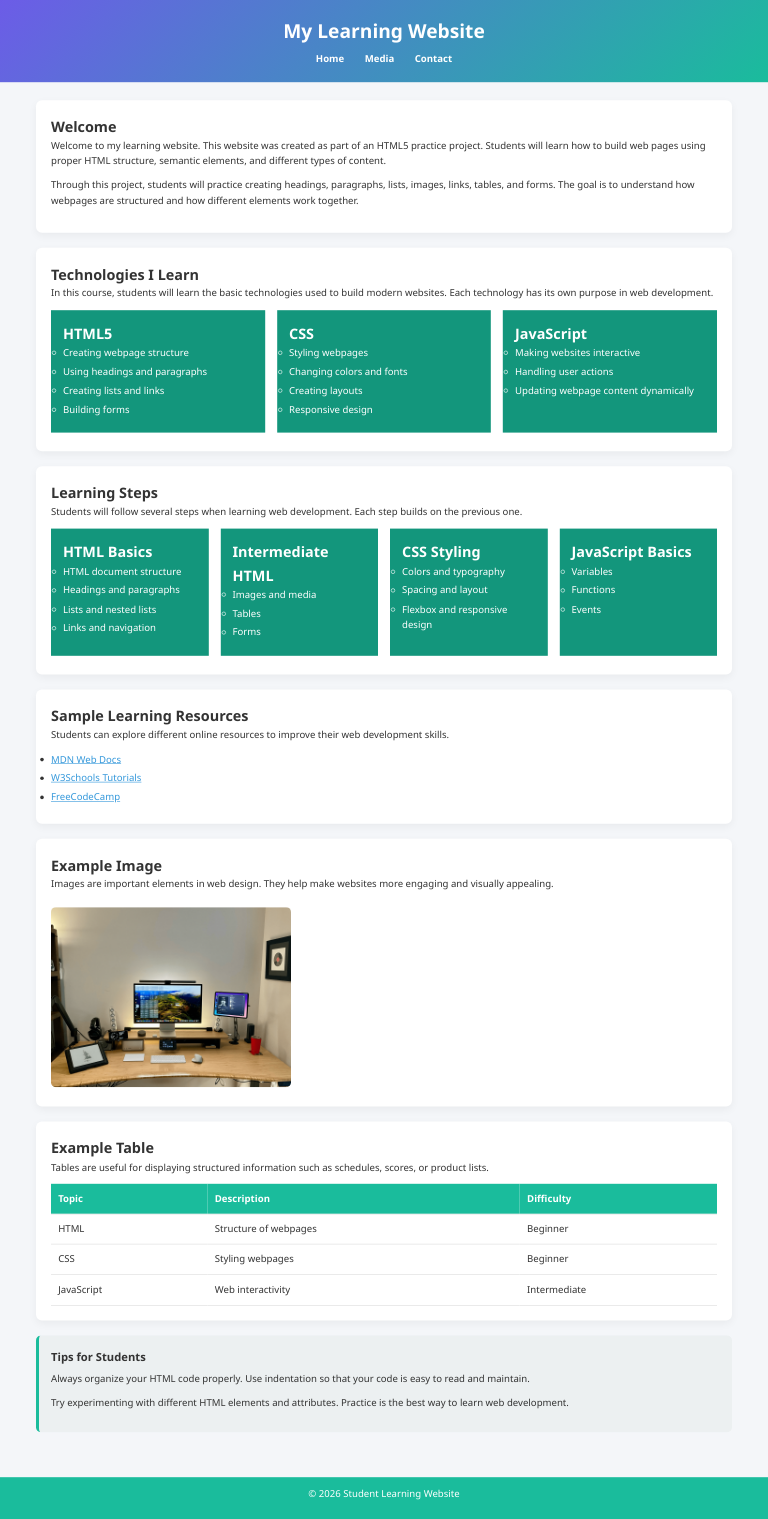
Repository: Than-sothearak/web_client_programing
Page: Week_03/index.html
An editor plug-in stored every save of this project. The page is shown before and after the next save, followed by the edit.
The browser window is 1280 px wide. The pictures show the whole page, at 60% of full size.

Above is the page before, as saved 2026-03-24 21:26:45.

### Week_03/index.html
<!doctype html>
<html lang="en">
  <head>
    <meta charset="UTF-8" />
    <meta name="viewport" content="width=device-width, initial-scale=1.0" />
    <title>My Learning Website</title>
    <link rel="stylesheet" href="styles.css" />
  </head>

  <body>
    <header>
      <h1>My Learning Website</h1>

      <nav>
        <ul>
          <li><a href="index.html">Home</a></li>
          <li><a href="gallery.html">Media</a></li>
          <li><a href="contact.html">Contact</a></li>
        </ul>
      </nav>
    </header>

    <main>
      <section>
        <article>
          <h2>Welcome</h2>

          <p>
            Welcome to my learning website. This website was created as part of
            an HTML5 practice project. Students will learn how to build web
            pages using proper HTML structure, semantic elements, and different
            types of content.
          </p>

          <p>
            Through this project, students will practice creating headings,
            paragraphs, lists, images, links, tables, and forms. The goal is to
            understand how webpages are structured and how different elements
            work together.
          </p>
        </article>
      </section>

      <section>
        <h2>Technologies I Learn</h2>

        <p>
          In this course, students will learn the basic technologies used to
          build modern websites. Each technology has its own purpose in web
          development.
        </p>

        <ul class="card-container">
          <li class="card">
            <h2>HTML5</h2>
            <ul>
              <li>Creating webpage structure</li>
              <li>Using headings and paragraphs</li>
              <li>Creating lists and links</li>
              <li>Building forms</li>
            </ul>
          </li>

          <li class="card">
            <h2>CSS</h2>
            <ul>
              <li>Styling webpages</li>
              <li>Changing colors and fonts</li>
              <li>Creating layouts</li>
              <li>Responsive design</li>
            </ul>
          </li>

          <li class="card">
            <h2>JavaScript</h2>
            <ul>
              <li>Making websites interactive</li>
              <li>Handling user actions</li>
              <li>Updating webpage content dynamically</li>
            </ul>
          </li>
        </ul>
      </section>

      <section>
        <h2>Learning Steps</h2>

        <p>
          Students will follow several steps when learning web development. Each
          step builds on the previous one.
        </p>

        <ol class="card-container">
          <li class="card">
            <h2>HTML Basics</h2>
            <ul>
              <li>HTML document structure</li>
              <li>Headings and paragraphs</li>
              <li>Lists and nested lists</li>
              <li>Links and navigation</li>
            </ul>
          </li>

          <li class="card">
           <h2>Intermediate HTML</h2>
            <ul>
              <li>Images and media</li>
              <li>Tables</li>
              <li>Forms</li>
            </ul>
          </li>

          <li class="card">
            <h2>CSS Styling</h2>
            <ul>
              <li>Colors and typography</li>
              <li>Spacing and layout</li>
              <li>Flexbox and responsive design</li>
            </ul>
          </li>

          <li class="card">
            <h2>JavaScript Basics</h2>
            <ul>
              <li>Variables</li>
              <li>Functions</li>
              <li>Events</li>
            </ul>
          </li>
        </ol>
      </section>

      <section>
        <h2>Sample Learning Resources</h2>

        <p>
          Students can explore different online resources to improve their web
          development skills.
        </p>

        <ul>
          <li>
            <a href="https://developer.mozilla.org" target="_blank">
              MDN Web Docs
            </a>
          </li>

          <li>
            <a href="https://www.w3schools.com" target="_blank">
              W3Schools Tutorials
            </a>
          </li>

          <li>
            <a href="https://www.freecodecamp.org" target="_blank">
              FreeCodeCamp
            </a>
          </li>
        </ul>
      </section>

      <section>
        <h2>Example Image</h2>

        <p>
          Images are important elements in web design. They help make websites
          more engaging and visually appealing.
        </p>

        <img src="../images/computer.png" alt="Computer setup" width="400" />
      </section>

      <section>
        <h2>Example Table</h2>

        <p>
          Tables are useful for displaying structured information such as
          schedules, scores, or product lists.
        </p>

        <table>
          <tr>
            <th>Topic</th>
            <th>Description</th>
            <th>Difficulty</th>
          </tr>

          <tr>
            <td>HTML</td>
            <td>Structure of webpages</td>
            <td>Beginner</td>
          </tr>

          <tr>
            <td>CSS</td>
            <td>Styling webpages</td>
            <td>Beginner</td>
          </tr>

          <tr>
            <td>JavaScript</td>
            <td>Web interactivity</td>
            <td>Intermediate</td>
          </tr>
        </table>
      </section>

      <aside>
        <h3>Tips for Students</h3>

        <p>
          Always organize your HTML code properly. Use indentation so that your
          code is easy to read and maintain.
        </p>

        <p>
          Try experimenting with different HTML elements and attributes.
          Practice is the best way to learn web development.
        </p>
      </aside>
    </main>

    <footer>
      <p>© 2026 Student Learning Website</p>
    </footer>
  </body>
</html>

### Week_03/styles.css
/* Reset basic spacing */

/* Reset */

* {
  margin: 0;
  padding: 0;
  box-sizing: border-box;
}

/* Body */

body {
  font-family: "Segoe UI", Arial, sans-serif;
  background: #f4f6f9;
  color: #333;
  line-height: 1.6;
}

/* Header */

header {
  background: linear-gradient(135deg, #6c5ce7, #1abc9c);
  color: white;
  padding: 25px 20px;
  text-align: center;
}

/* Navigation */

nav ul {
  list-style: none;
  margin-top: 10px;
}

nav ul li {
  display: inline-block;
  margin: 0 15px;
}

nav a {
  color: white;
  text-decoration: none;
  font-weight: 600;
  transition: 0.3s;
}

nav a:hover {
  color: #1abc9c;
}

/* Main container */

main {
  max-width: 1200px;
  margin: auto;
  padding: 30px 20px;
}

/* Section cards */

section {
  background: white;
  padding: 25px;
  margin-bottom: 25px;
  border-radius: 10px;
  box-shadow: 0 5px 15px rgba(0, 0, 0, 0.05);
}

/* Headings */

h1 {
  font-size: 32px;
  margin-bottom: 10px;
}


h3 {
  margin-bottom: 10px;
}

/* Paragraph */

p {
  margin-bottom: 15px;
}

/* Lists */

.card-container {
  display: flex;
  gap: 20px;
  list-style: none;
}

.card {
  padding: 20px;
  color: white;
  width: 100%;
  background-color: #13967c;
}

.li{
  margin-left: 20px;
  list-style:disc;
}

li {
  margin-bottom: 6px;
}

/* Links */

a {
  color: #3498db;
}

a:hover {
  text-decoration: underline;
}

/* Image styling */

img {
  max-width: 100%;
  height: auto;
  border-radius: 8px;
  margin-top: 10px;
}

/* Table */

table {
  width: 100%;
  border-collapse: collapse;
  margin-top: 10px;
}

th,
td {
  padding: 12px;
  text-align: left;
  border-bottom: 1px solid #ddd;
}

th {
  background: #1abc9c;
  color: white;
}

tr:hover {
  background: #f1f1f1;
}

/* Aside */

aside {
  background: #ecf0f1;
  padding: 20px;
  border-left: 5px solid #1abc9c;
  border-radius: 8px;
  margin-bottom: 25px;
}

/* Footer */

footer {
  text-align: center;
  background: #1abc9c;
  color: white;
  padding: 15px;
  margin-top: 20px;
}

/* Responsive Design */

@media (max-width: 768px) {
  nav ul li {
    display: block;
    margin: 10px 0;
  }

  main {
    padding: 20px 15px;
  }

  h1 {
    font-size: 26px;
  }
}

.images-gallery {
  width: 100%;
  display: flex;
  flex-wrap: wrap;
  gap: 20px;
}

.images-gallery figure {
  flex: 1 1 calc(50% - 20px);
}

.images-gallery img {
  width: 100%;
  height: auto;
}

figcaption {
  margin-top: 8px;
  font-size: 14px;
  color: #555;
}

@media (max-width: 768px) {
  .images-gallery {
    flex-direction: column;
    align-items: center;
  }


}

After the next save:
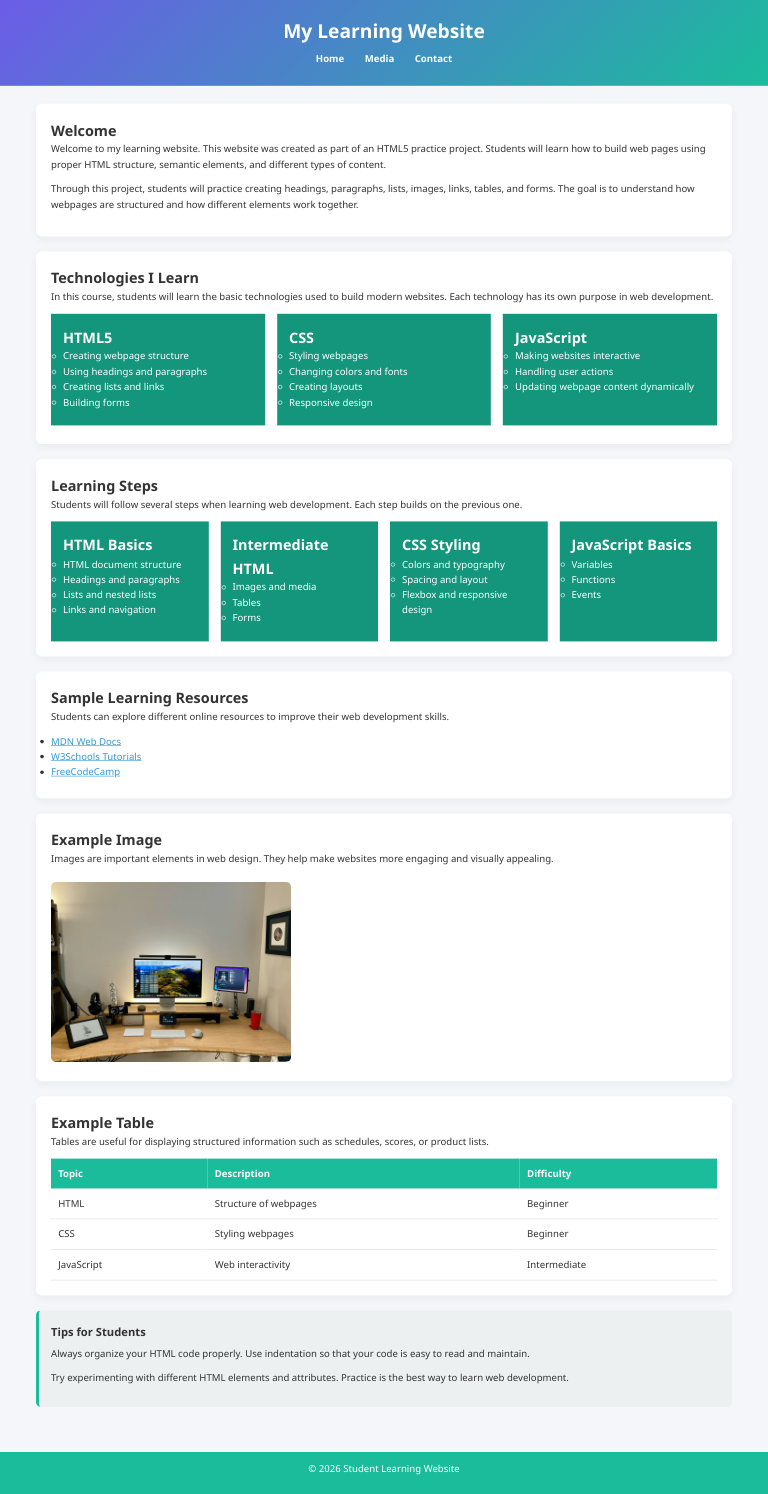
Saved 10 s later.
--- a/Week_03/styles.css
+++ b/Week_03/styles.css
@@ -105,7 +105,7 @@
   list-style:disc;
 }
 
-li {
+ul {
   margin-bottom: 6px;
 }
 

After the save that followed:
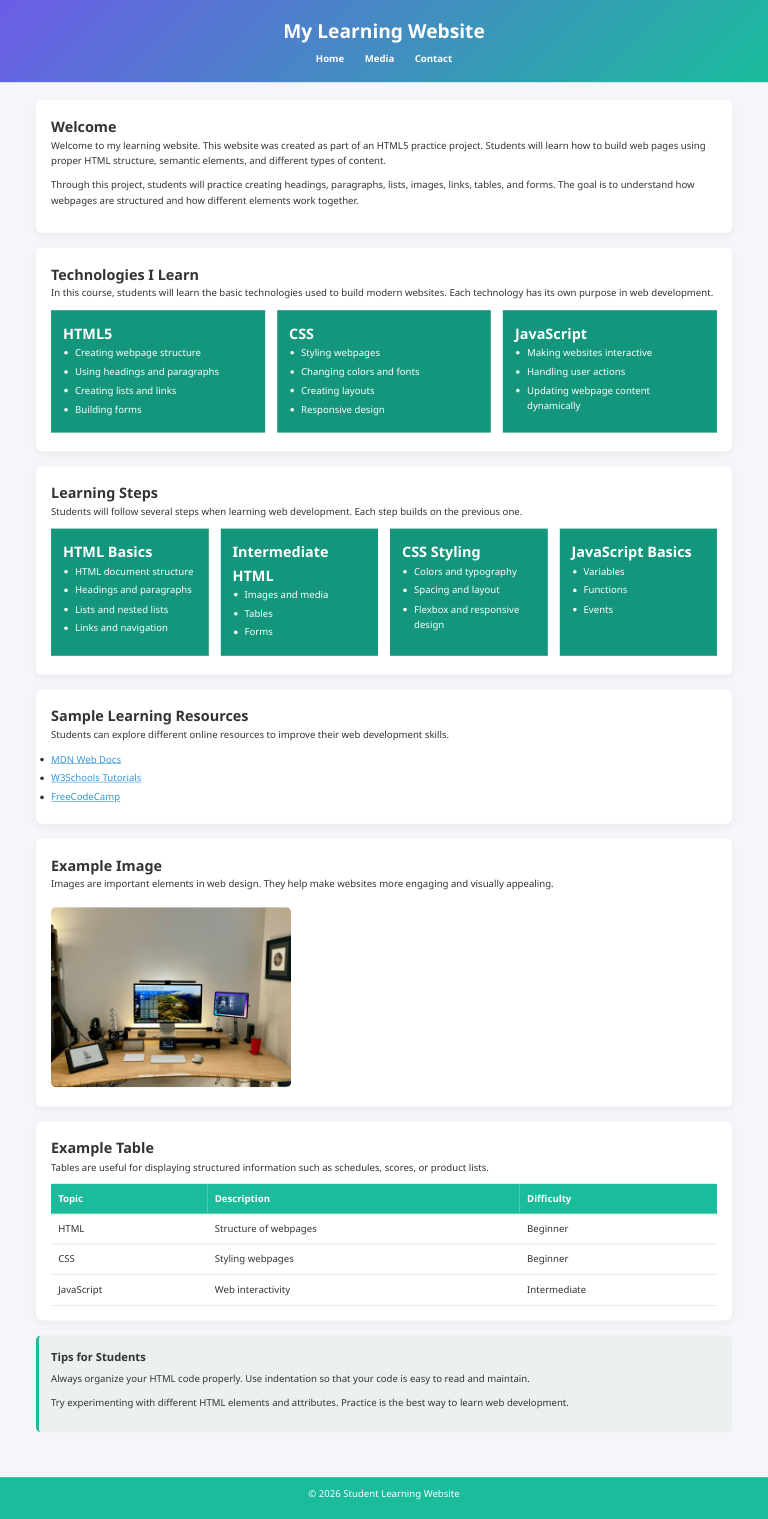
Saved 9 s later.
--- a/Week_03/styles.css
+++ b/Week_03/styles.css
@@ -100,12 +100,12 @@
   background-color: #13967c;
 }
 
-.li{
+.card li{
   margin-left: 20px;
   list-style:disc;
 }
 
-ul {
+li {
   margin-bottom: 6px;
 }
 
